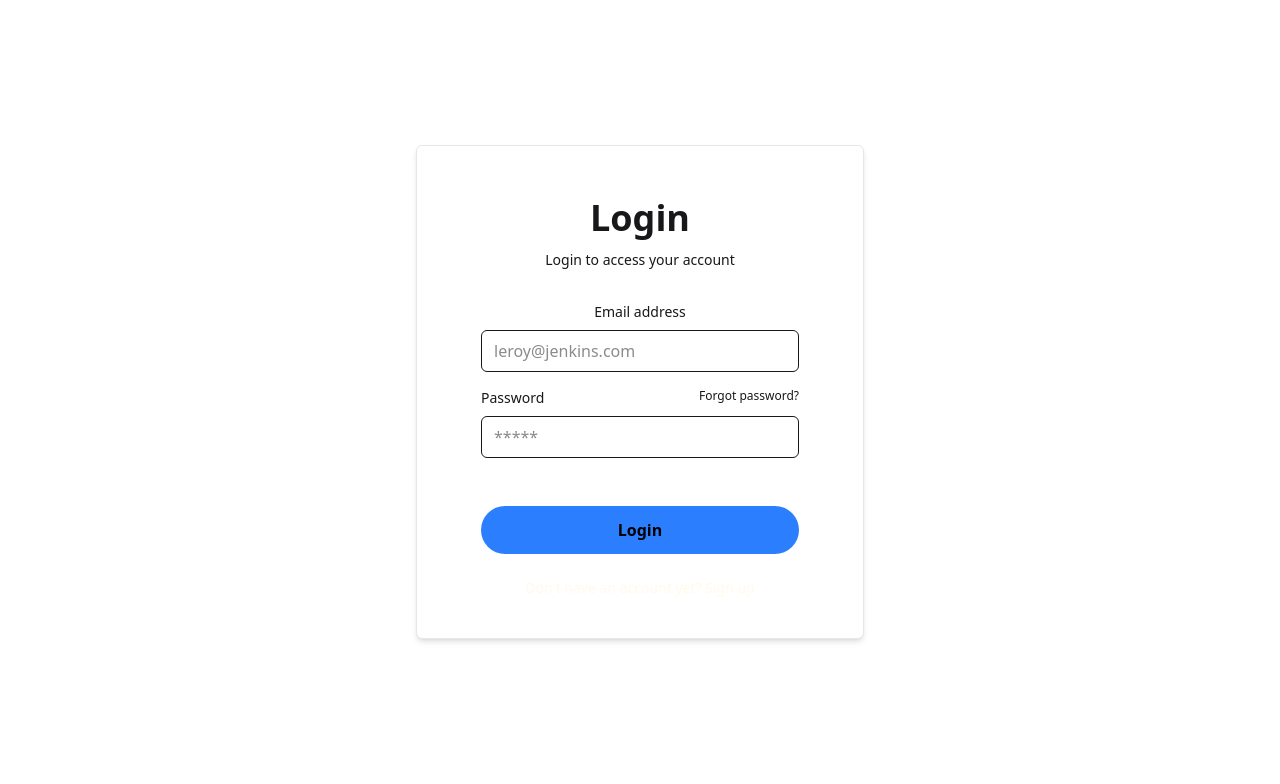
Repository: syedbayzid82849/DevForum_client_site
Page: /login
An editor plug-in stored every save of this project. The page is shown before and after the next save, followed by the edit.
The browser window is 1280 px wide. The pictures show the whole page.
The project was rebuilt for these pictures with package versions that can differ from the ones it lists, and the page was loaded fresh each time. Also part of the build but not shown: vite.config.js, src/App.jsx, src/components/Navbar/JoinUsModal.jsx, src/components/Navbar/Navbar.jsx, src/layouts/MainLayout/MainLayout.jsx, src/pages/Home/HeroSection.jsx, src/pages/Home/Home.jsx, src/pages/Authentication/Register.jsx.

Above is the page before, as saved 2025-07-08 22:58:52.

### src/main.jsx
import { StrictMode } from 'react'
import { createRoot } from 'react-dom/client'
import './index.css'
import App from './App.jsx'
import { RouterProvider } from 'react-router'
import router from './Routers/router.jsx'
import AuthProvider from './context/AuthProvider.jsx'

createRoot(document.getElementById('root')).render(
  <StrictMode>
    <AuthProvider>
      <RouterProvider router={router} />
    </AuthProvider>
  </StrictMode>,
)

### src/Routers/router.jsx
import React from 'react';
import { createBrowserRouter } from 'react-router';
import MainLayout from '../layouts/MainLayout/MainLayout';
import Login from '../pages/Authentication/Login';
import Home from '../pages/Home/Home';
import AuthLayout from '../pages/Authentication/AuthLayout';
import Register from '../pages/Authentication/Register';

const router = createBrowserRouter([
    {
        path: "/",
        element: <MainLayout></MainLayout>,
        children: [
            {
                index: true,
                element: <Home />,
            },
        ],
    },
    {
        path: "/",
        element: <AuthLayout />,
        children: [
            {
                path: "/login",
                element: <Login />,
            },
            {
                path: "/register",
                element: <Register />,
            },
        ],
    },
]);

export default router;

### src/context/AuthProvider.jsx
import React, { useEffect, useState } from 'react';
import { createUserWithEmailAndPassword, GithubAuthProvider, GoogleAuthProvider, onAuthStateChanged, signInWithEmailAndPassword, signInWithPopup, signOut, updateProfile } from "firebase/auth";
import { AuthContext } from '../context/AuthContext';
import { auth } from '../firebase/firebase.init';


const AuthProvider = ({ children }) => {
    const provider = new GoogleAuthProvider();
    // loading
    const [loading, setLoading] = useState(true);
    // user chack
    const [user, setUser] = useState(null);
    console.log(user);

    // create user with name, email, password, photoURL
    const createUserWithEP = (email, password) => {
        setLoading(true);
        return createUserWithEmailAndPassword(auth, email, password)
    }

    // log in user with email and password
    const loginUserWithEP = (email, password) => {
        setLoading(true);
        return signInWithEmailAndPassword(auth, email, password)
    }

    // sign in with google
    const userWithGoogle = () => {
        setLoading(true);
        return signInWithPopup(auth, provider)
    }


    // update user profile (new function)
    const updateUserProfile = (name, photo) => {
        setLoading(true);
        return updateProfile(auth.currentUser, {
            displayName: name,
            photoURL: photo
        });
    }

    // sign out user
    const signOutUser = () => {
        setLoading(true);
        return signOut(auth);
    }

    // // get all courses from the server
    // const getAllCourses = () => {
    //     setLoading(true);
    //     return axios.get('https://academix-hub-server.vercel.app/all-course')
    //         .then(response => {
    //             setLoading(false);
    //             return response.data;
    //         })
    //         .catch(error => {
    //             console.error("Error fetching courses:", error);
    //             throw error;
    //         });
    // }

    // user check
    useEffect(() => {
        const unsubscribe = onAuthStateChanged(auth, (currentUser) => {
            setUser(currentUser);
            setLoading(false);
        });
        return () => unsubscribe();
    }, []);



    const authInformation = {
        user,
        setUser,
        loading,
        setLoading,
        createUserWithEP,
        loginUserWithEP,
        userWithGoogle,
        updateUserProfile,
        signOutUser,
    };
    return (
        <AuthContext.Provider value={authInformation}>
            {children}
        </AuthContext.Provider>
    );
};

export default AuthProvider;

### src/pages/Authentication/Login.jsx
import React from 'react';
import { useForm } from 'react-hook-form';
import { NavLink } from 'react-router';

const Login = () => {
    const { register, handleSubmit, formState: { errors } } = useForm();

    const onSubmit = (data) => {
        console.log("Login Data:", data);
        // data.email, data.password এখানে পাওয়া যাবে
    };

    return (
        <div className="flex flex-col max-w-md mx-auto items-center p-6 rounded-md sm:p-10 ">
            <div className="mb-8 text-center">
                <h1 className="my-3 text-4xl font-bold">Login</h1>
                <p className="text-sm dark:text-gray-600">Login to access your account</p>
            </div>

            <form onSubmit={handleSubmit(onSubmit)} className="space-y-12 w-full">
                <div className="space-y-4">
                    <div>
                        <label htmlFor="email" className="block mb-2 text-sm">Email address</label>
                        <input
                            type="email"
                            id="email"
                            placeholder="leroy@jenkins.com"
                            className="w-full px-3 py-2 border rounded-md dark:border-gray-300 dark:bg-gray-50 dark:text-gray-800"
                            {...register("email", { required: "Email is required" })}
                        />
                        {errors.email && <p className="text-red-500 text-sm">{errors.email.message}</p>}
                    </div>

                    <div>
                        <div className="flex justify-between mb-2">
                            <label htmlFor="password" className="text-sm">Password</label>
                            <a href="#" className="text-xs hover:underline dark:text-gray-600">Forgot password?</a>
                        </div>
                        <input
                            type="password"
                            id="password"
                            placeholder="*****"
                            className="w-full px-3 py-2 border rounded-md dark:border-gray-300 dark:bg-gray-50 dark:text-gray-800"
                            {...register("password", { required: "Password is required" })}
                        />
                        {errors.password && <p className="text-red-500 text-sm">{errors.password.message}</p>}
                    </div>
                </div>

                <div className="space-y-2">
                    <div>
                        <button type="submit" className="w-full px-8 py-3 font-semibold rounded-4xl mb-4 bg-blue-500 text-black ">
                            Login
                        </button>
                    </div>
                    <p className="px-6 text-sm text-center text-amber-50 ">Don't have an account yet?
                        <NavLink to="/register"><span className="hover:underline text-amber-50"> Sign up</span></NavLink>
                    </p>
                </div>
            </form>
        </div>
    );
};

export default Login;

### src/pages/Authentication/AuthLayout.jsx
import React from 'react';
import { Outlet } from 'react-router';

const AuthLayout = () => {
    return (
        <div className="min-h-screen flex items-center justify-center  dark:bg-gray-900">
            <div className="w-full max-w-md px-6 rounded-md  border border-gray-200 bg-white dark:bg-gray-800 dark:text-gray-100 shadow-md">
                <Outlet />
            </div>
        </div>
    );
};

export default AuthLayout;

### src/firebase/firebase.init.js
// Import the functions you need from the SDKs you need
import { initializeApp } from "firebase/app";
import { getAuth } from "firebase/auth";

// TODO: Add SDKs for Firebase products that you want to use
// https://firebase.google.com/docs/web/setup#available-libraries

// Your web app's Firebase configuration
const firebaseConfig = {
    apiKey: import.meta.env.VITE_apiKey, // Use VITE_ prefix for environment variables in Vite
    authDomain: import.meta.env.VITE_authDomain, // Use VITE_ prefix for environment variables in Vite
    projectId: import.meta.env.VITE_projectId, // Use VITE_ prefix for environment variables in Vite
    storageBucket: import.meta.env.VITE_storageBucket, // Use VITE_ prefix for environment variables in Vite
    messagingSenderId: import.meta.env.VITE_messagingSenderId, // Use VITE_ prefix for environment variables in Vite
    appId: import.meta.env.VITE_appId // Use VITE_ prefix for environment variables in Vite
};

// Initialize Firebase
const app = initializeApp(firebaseConfig);


// Initialize Firebase Authentication and get a reference to the service
export const auth = getAuth(app);

Loaded but not shown: index.html (common file); src/index.css (common file); src/App.css (common file); src/context/AuthContext.jsx (common file)

After the next save:
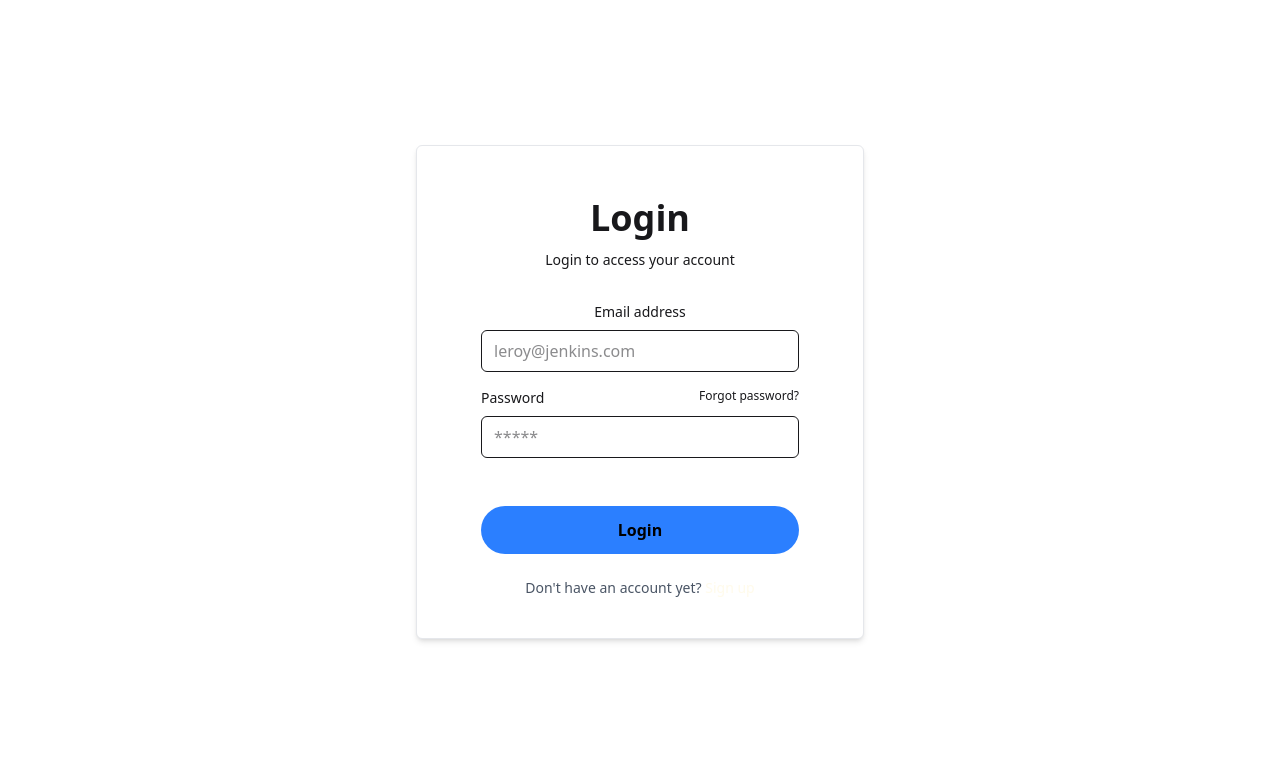
Saved 69 s later.
--- a/src/pages/Authentication/Login.jsx
+++ b/src/pages/Authentication/Login.jsx
@@ -53,7 +53,7 @@ const Login = () => {
                             Login
                         </button>
                     </div>
-                    <p className="px-6 text-sm text-center text-amber-50 ">Don't have an account yet?
+                    <p className="px-6 text-sm text-center text-gray-600 ">Don't have an account yet?
                         <NavLink to="/register"><span className="hover:underline text-amber-50"> Sign up</span></NavLink>
                     </p>
                 </div>
